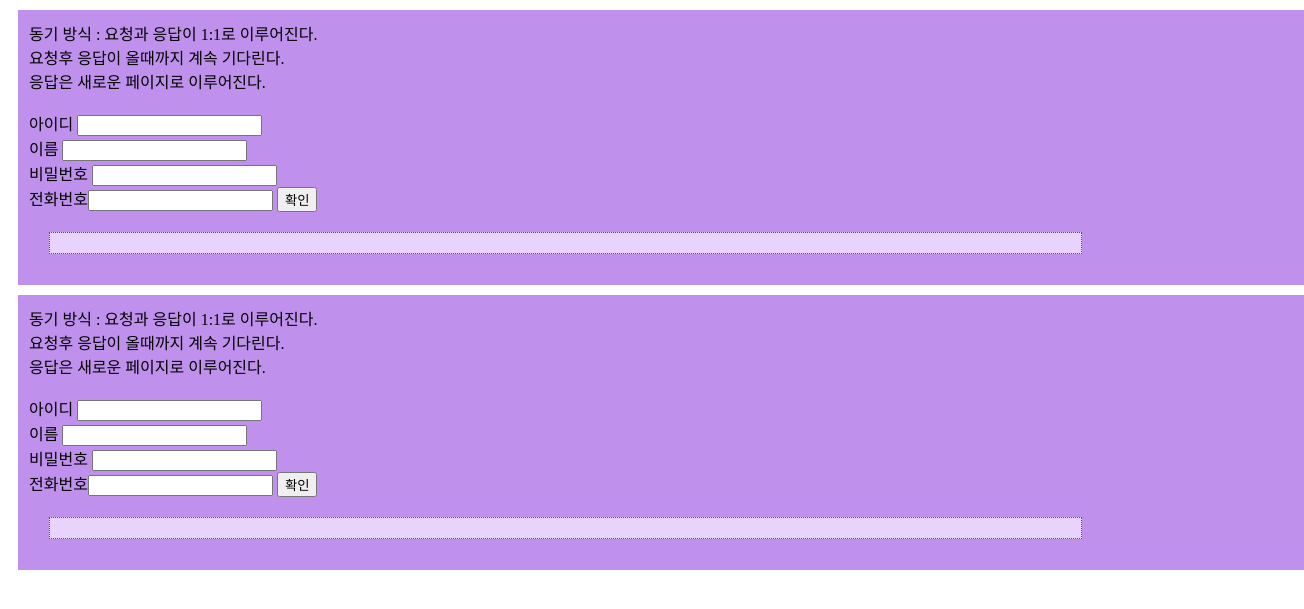
Repository: jinsoo115/jquery
Page: jqpro/WebContent/0201/ajax비동기통신.html
These files come from the project's save history. The page is drawn as it stood at one moment and after the next save; the edit follows.
The browser window is 1280 px wide. The page is 1304 px wide, so the pictures cover 1304 px, including what lies to the right of the window. The pictures show the whole page.

Above is the page before, as saved 2021-02-01 03:36:18.

### jqpro/WebContent/0201/ajax비동기통신.html
<!DOCTYPE html>
<html>
<head>
<meta charset="UTF-8">
<title>Insert title here</title>
<link rel = "stylesheet" href = "../css/public.css">

<style>
</style>

<script>
</script>

</head>
<body>

<div class="box">
동기 방식 : 요청과 응답이 1:1로 이루어진다.<br>
요청후 응답이 올때까지 계속 기다린다.<br>
응답은 새로운 페이지로 이루어진다.
<br><br>

<form action="test.jsp" method="post">
    아이디 <input type="text" id="id" name="id"><br>
    이름 <input type="text" id="name" name="name"><br>
    비밀번호 <input type="password" id="pass" name="pass"><br>
    전화번호<input type="text" id="tel" name="tel">
<input type="submit" value="확인">
</form>
<div id="result1"></div>
</div>


<div class="box">
동기 방식 : 요청과 응답이 1:1로 이루어진다.<br>
요청후 응답이 올때까지 계속 기다린다.<br>
응답은 새로운 페이지로 이루어진다.
<br><br>

<form action="test.jsp" method="post">
    아이디 <input type="text" id="id" name="id"><br>
    이름 <input type="text" id="name" name="name"><br>
    비밀번호 <input type="password" id="pass" name="pass"><br>
    전화번호<input type="text" id="tel" name="tel">
<input type="submit" value="확인">
</form>
<div id="result1"></div>
</div>
</body>
</html>

### jqpro/WebContent/css/public.css
@charset "utf-8";
pre{
	background-color : #96FFFF;
	font-size : 1.5em;
    white-space: pre-wrap;

    /*
        pre : 공백은 그대로 줄바꿈이 되지 않는다
        pre-wrap : 공백은 그대로 줄바꿈 된다
        pre-line : 공백을 여러개 줘도 공백은 하나만 표시 줄바꿈된다.
        nowrap : 공백을 여러개 줘도 공백은 하나만 표시 줄바꿈되지 않는다.
    */
}

div.box{
    width: 100%;
    height: auto;
    margin: 10px;
    padding: 10px;
    border: 1px solid #bf91ed;
    background: #bf91ed;
}
.box input[type=button]{
    width: auto;
    height: 30px;
    color: white;
    padding: 5px 10px;
    border-radius: 10px;
    background: #00cca3;
    border-color: aquamarine;
}

.box div{
    width: 80%;
    height: auto;
    padding: 10px;
    border: 1.5px dotted #8020bf;
    margin: 20px;
    background-color: #e8d3fc;
}

After the next save:
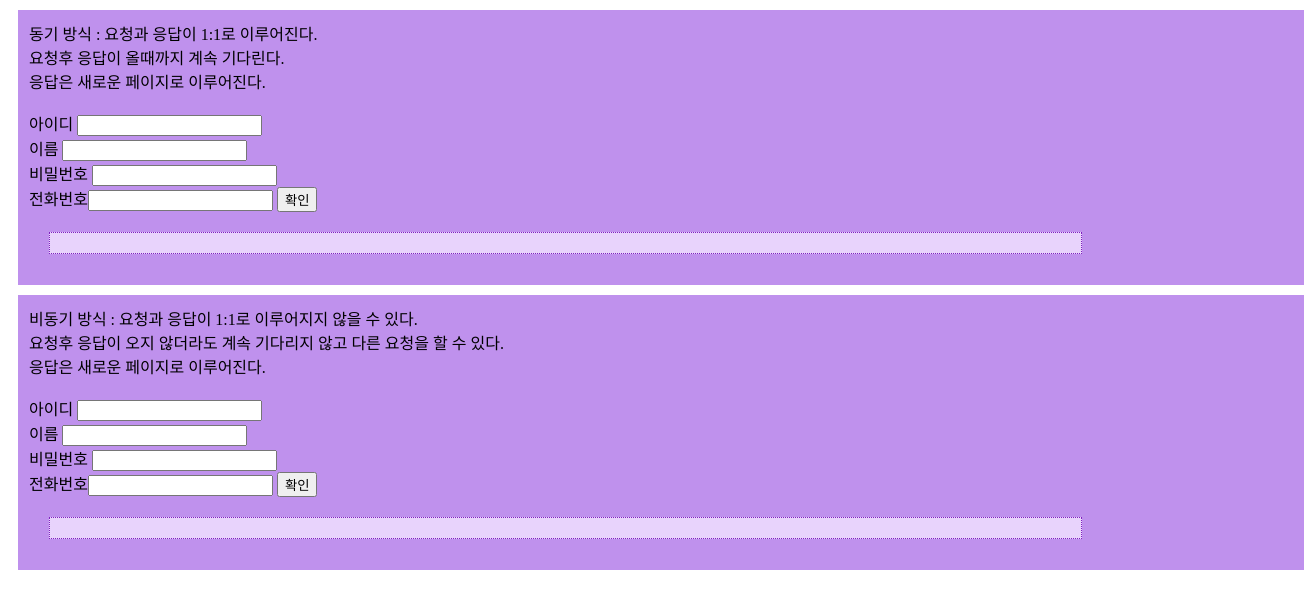
Saved 74 s later.
--- a/jqpro/WebContent/0201/ajax비동기통신.html
+++ b/jqpro/WebContent/0201/ajax비동기통신.html
@@ -32,8 +32,8 @@
 
 
 <div class="box">
-동기 방식 : 요청과 응답이 1:1로 이루어진다.<br>
-요청후 응답이 올때까지 계속 기다린다.<br>
+비동기 방식 : 요청과 응답이 1:1로 이루어지지 않을 수 있다.<br>
+요청후 응답이 오지 않더라도 계속 기다리지 않고 다른 요청을 할  수 있다.<br>
 응답은 새로운 페이지로 이루어진다.
 <br><br>
 
